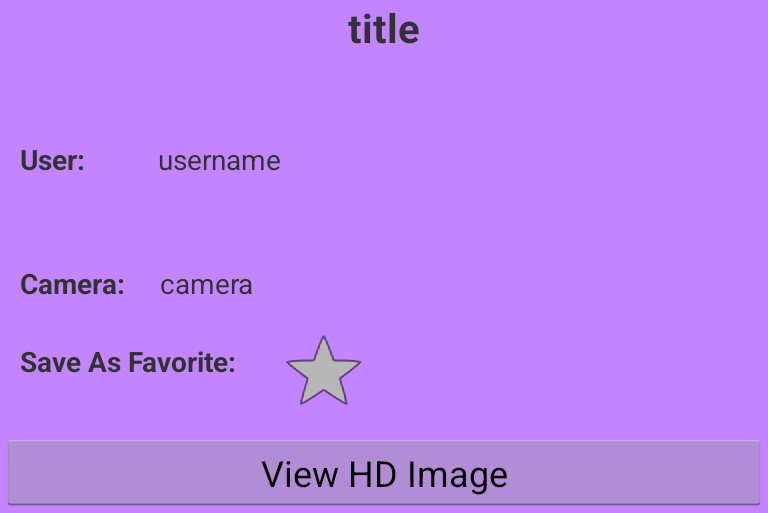
Repository: arianaantonio/Java2_Antonio
Layout: SpaceImageViewer/res/layout/details_activity.xml
An editor plug-in stored every save of this project. The layout is shown before and after the next save, followed by the edit.
The pictures show rows 0 to 513 of an output 1280 px tall.
Pictures or frames that could not be fetched are drawn as grey boxes. It is drawn on a 768 x 1280 px phone screen (xhdpi) without system bars, with theme AppTheme; the app's code is not run.

Above is the layout before, as saved 2014-07-31 06:11:20.

After the next save:
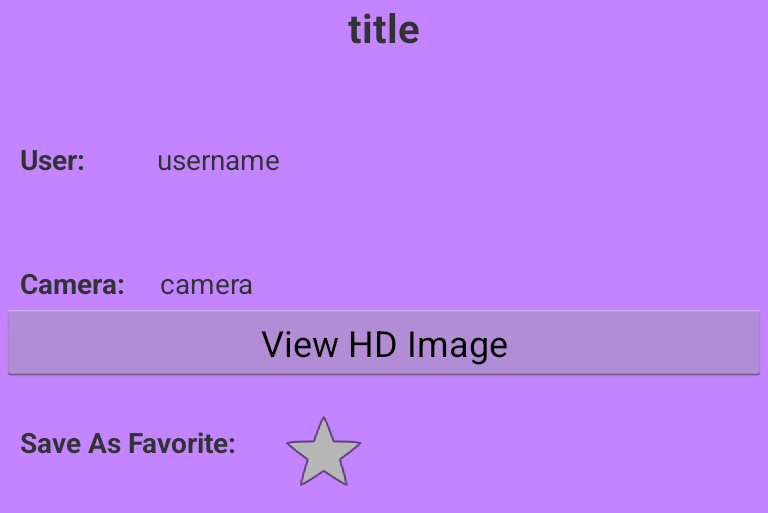
Saved 3 min 56 s later.
--- a/SpaceImageViewer/res/layout/details_activity.xml
+++ b/SpaceImageViewer/res/layout/details_activity.xml
@@ -15,7 +15,7 @@
         android:textStyle="bold" />
 
     <LinearLayout
-        android:layout_width="287dp"
+        android:layout_width="285dp"
         android:layout_height="wrap_content"
         android:layout_marginTop="43dp"
         android:orientation="horizontal" >
@@ -61,6 +61,14 @@
             android:text="camera" />
     </LinearLayout>
 
+    <Button
+        android:id="@+id/button1"
+        android:layout_width="match_parent"
+        android:layout_height="wrap_content"
+        android:minHeight="35dp"
+        android:text="@string/HDbutton"
+        android:width="200dp" />
+
     <LinearLayout
         android:id="@+id/linearLayout3"
         android:layout_width="match_parent"
@@ -88,14 +96,6 @@
             android:stepSize="1.0" />
     </LinearLayout>
 
-    <Button
-        android:id="@+id/button1"
-        android:layout_width="match_parent"
-        android:layout_height="wrap_content"
-        android:minHeight="35dp"
-        android:text="@string/HDbutton"
-        android:width="200dp" />
-
     <com.loopj.android.image.SmartImageView
         android:id="@+id/my_image"
         android:layout_width="match_parent"
